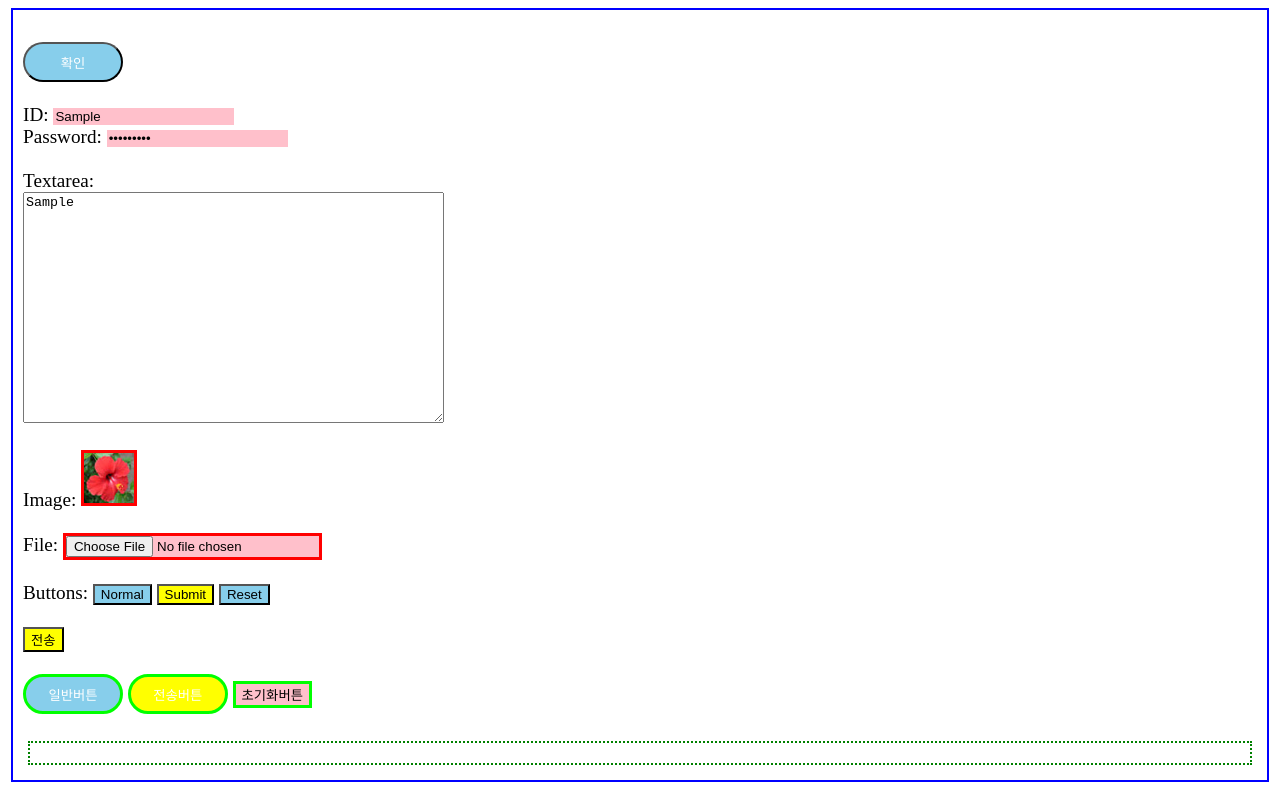
Repository: patternlobe-stack/MY_repository
Page: webpro/src/main/webapp/0915/폼양식.html
An editor plug-in stored every save of this project. The page is shown before and after the next save, followed by the edit.
The browser window is 1280 px wide. The pictures show the whole page.
Empty fields were first filled with sample values (such as "Sample", 5 or name@example.com).
After loading, the first visible `input` was clicked once.

Above is the page before, as saved 2025-09-15 06:38:26.

After the next save:
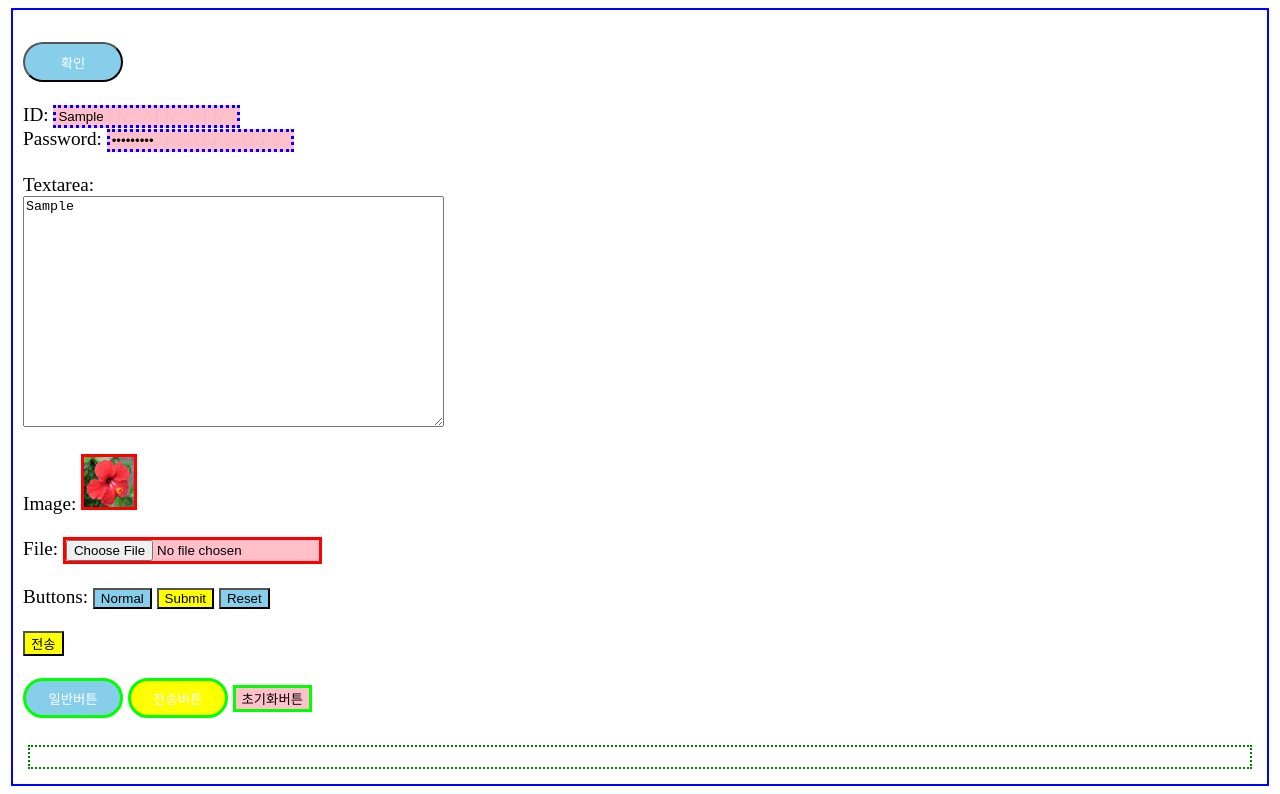
Saved 17 s later.
--- a/webpro/src/main/webapp/0915/폼양식.html
+++ b/webpro/src/main/webapp/0915/폼양식.html
@@ -32,7 +32,7 @@ $(()=>{
 		$(':reset')
 
 		//Type이 text, password 인 요소의 테두리 파랑
-		$(":text, :password").css('border', 'thin blue');
+		$(":text, :password").css('border', 'dotted blue');
 
 
 	//	Type이 file, image인요소의 테두리 빨강
